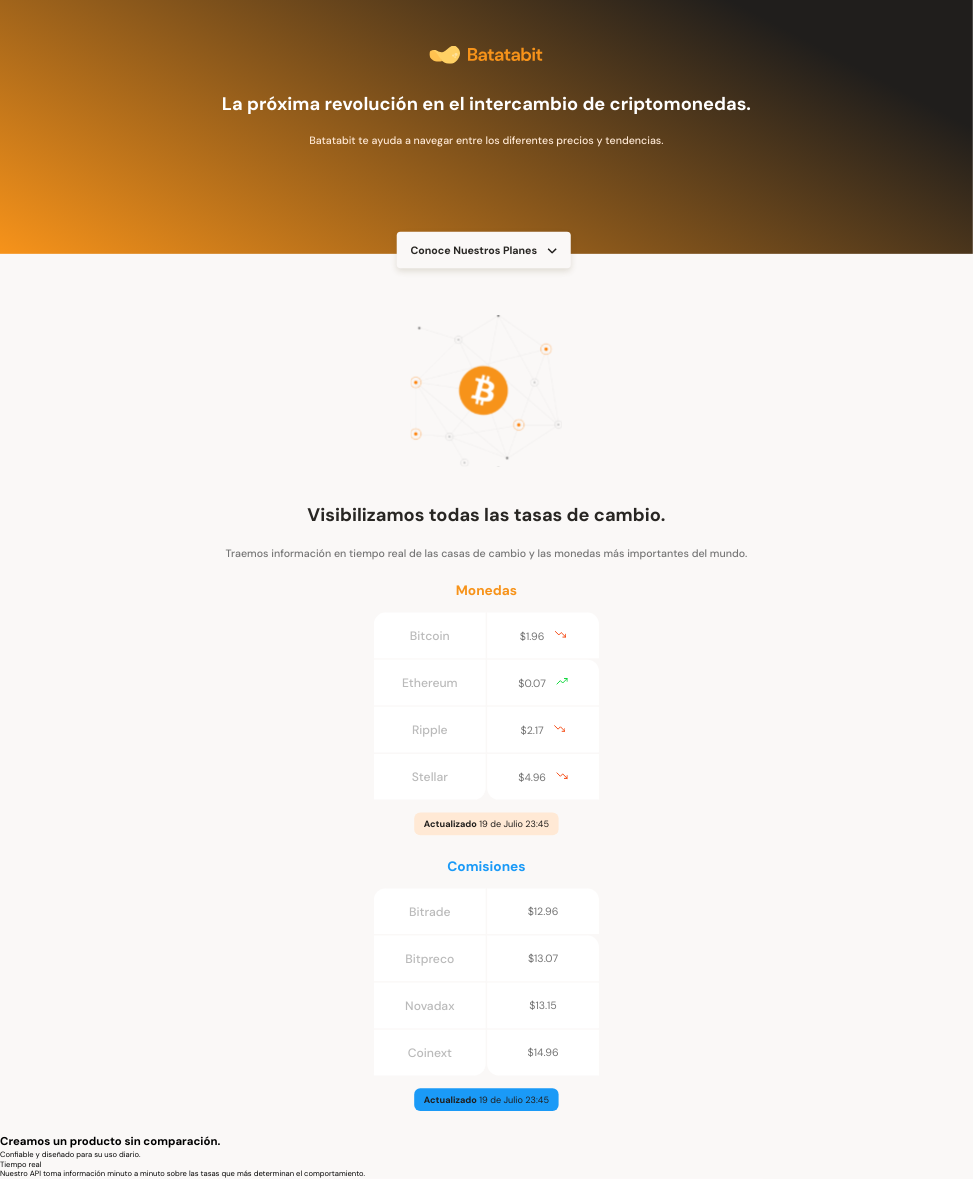
Repository: ChristianGecchelin/spa-full-css-html
Page: index.html
The author's editor kept a copy of each file at every save. The page is drawn from the files as they stood at one save, then again after the next save.
The browser window is 1280 px wide. The pictures show the whole page, at 76% of full size.

Above is the page before, as saved 2021-11-29 19:41:09.

After the next save:
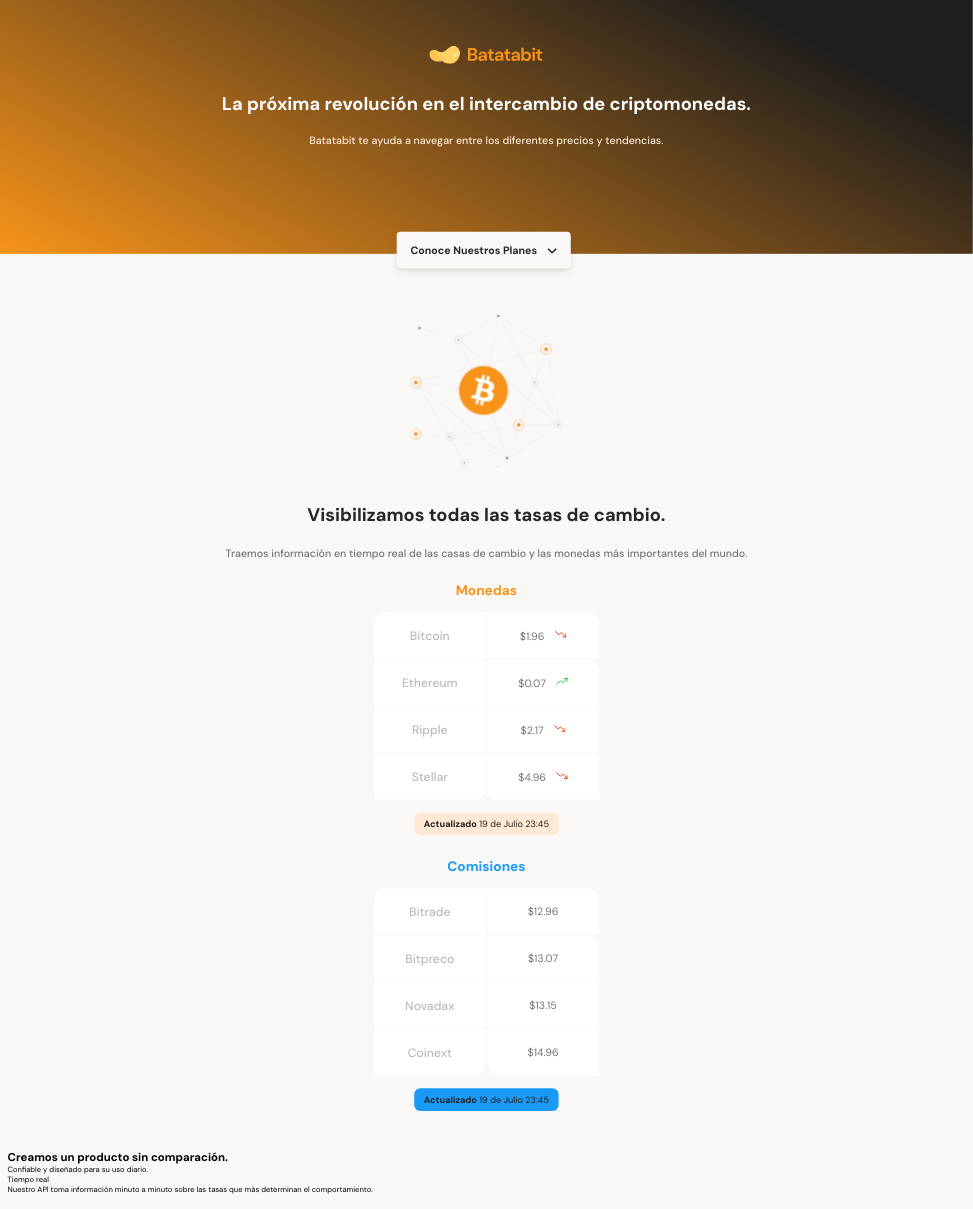
Saved 11 s later.
--- a/styles/styles.css
+++ b/styles/styles.css
@@ -254,4 +254,5 @@
   width: 100%;
   min-width: 320px;
   height: auto;
-}
+  padding: 20px 10px;
+}
